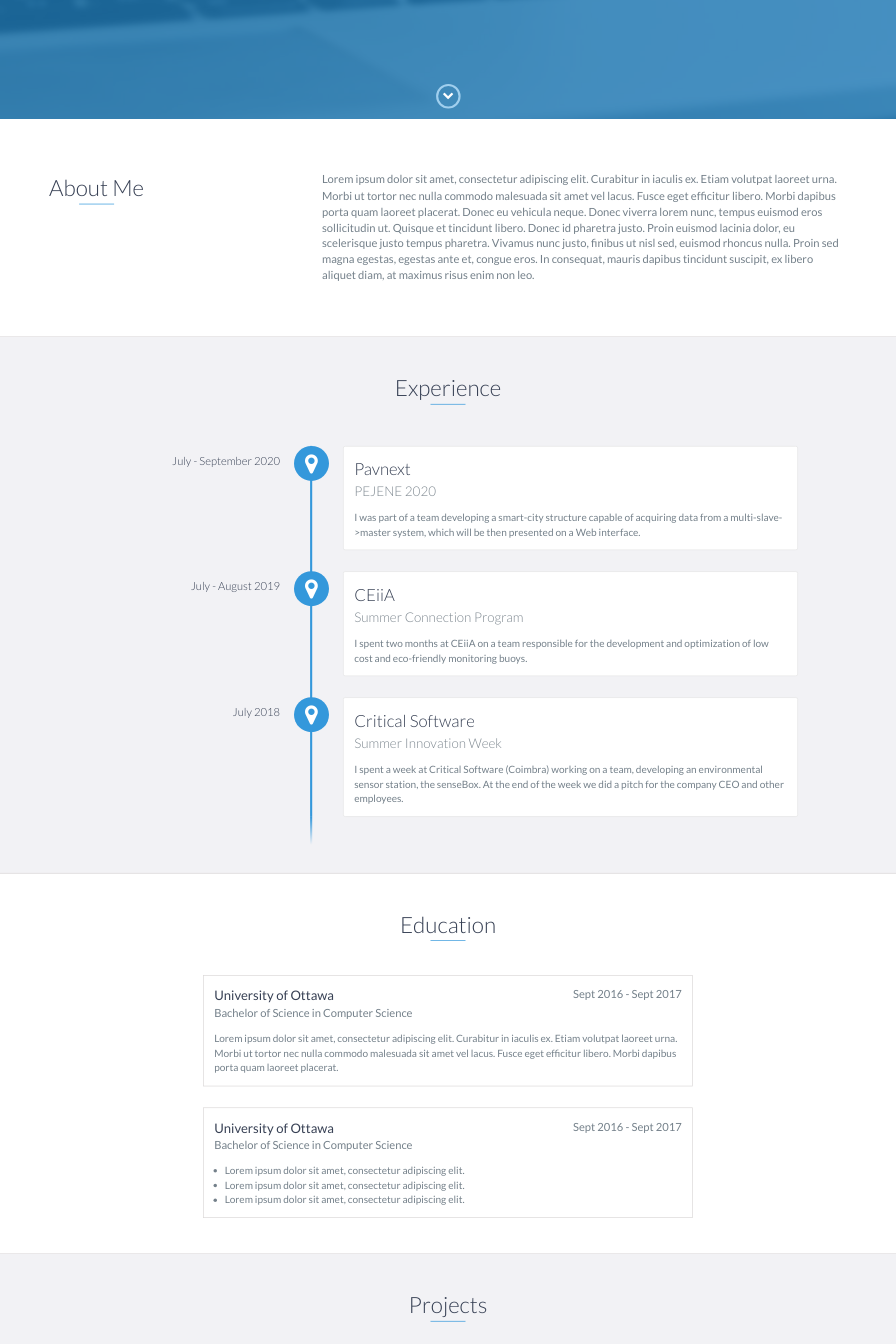
Repository: josegneto/josegneto.github.io
Page: index.html
An editor plug-in stored every save of this project. The page is shown before and after the next save, followed by the edit.
The browser window is 1280 px wide. The pictures show the part of the page from y = 550 to 2470 px (the page is 4096 px tall before and 4012 px after), at 70% of full size.

Above is the page before, as saved 2021-11-30 11:19:12.

After the next save:
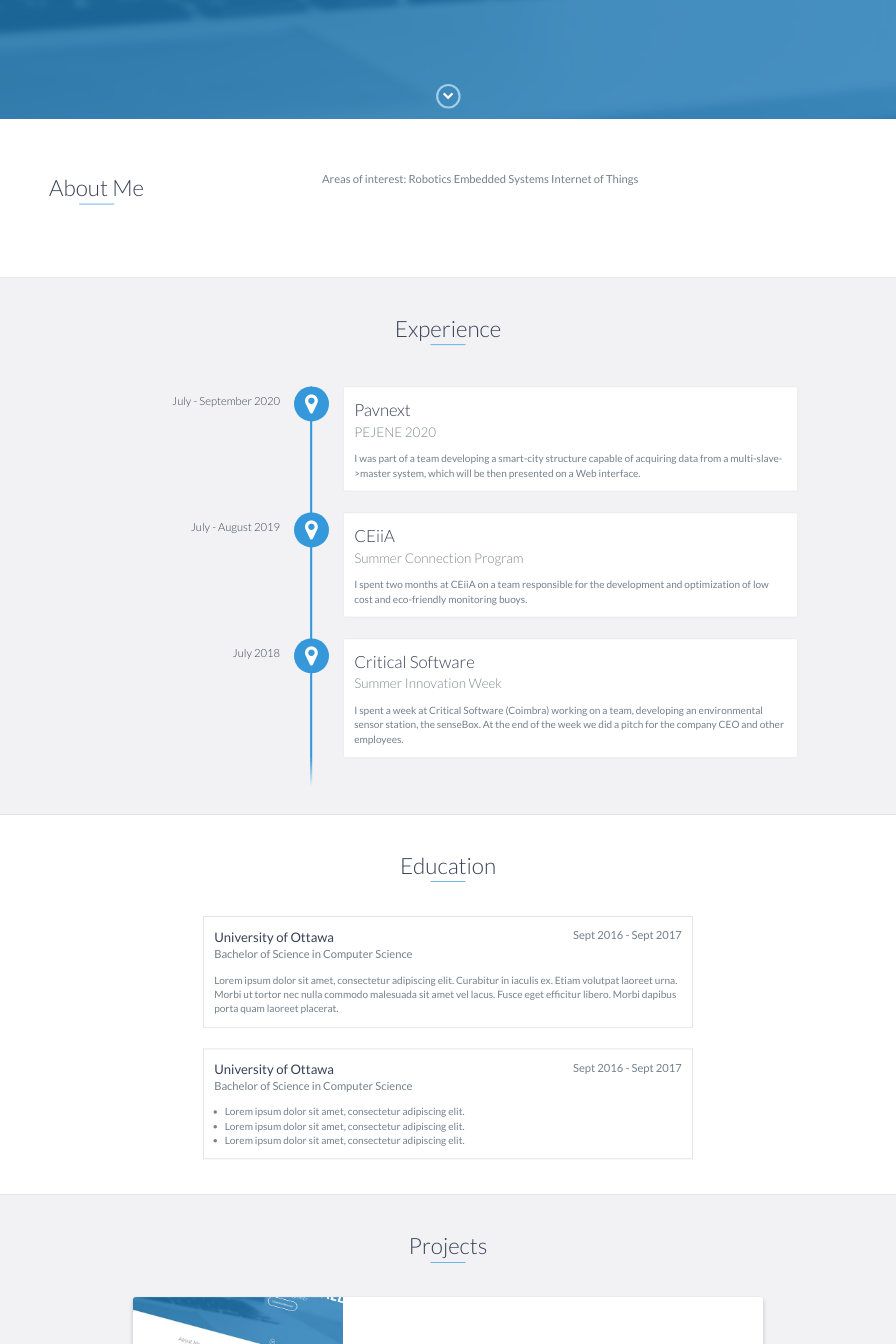
Saved 2 min 7 s later.
--- a/index.html
+++ b/index.html
@@ -73,9 +73,10 @@
                 </div>
                 <div class="col-md-8">
                     <p>
-                        Lorem ipsum dolor sit amet, consectetur adipiscing elit. Curabitur in iaculis ex. Etiam volutpat laoreet urna. Morbi ut tortor nec nulla commodo malesuada sit amet vel lacus. Fusce eget efficitur libero. Morbi dapibus porta quam laoreet placerat. Donec
-                        eu vehicula neque. Donec viverra lorem nunc, tempus euismod eros sollicitudin ut. Quisque et tincidunt libero. Donec id pharetra justo. Proin euismod lacinia dolor, eu scelerisque justo tempus pharetra. Vivamus nunc justo, finibus
-                        ut nisl sed, euismod rhoncus nulla. Proin sed magna egestas, egestas ante et, congue eros. In consequat, mauris dapibus tincidunt suscipit, ex libero aliquet diam, at maximus risus enim non leo.
+                    Areas of interest:
+                    Robotics
+                    Embedded Systems
+                    Internet of Things
                     </p>
                 </div>
             </div>
